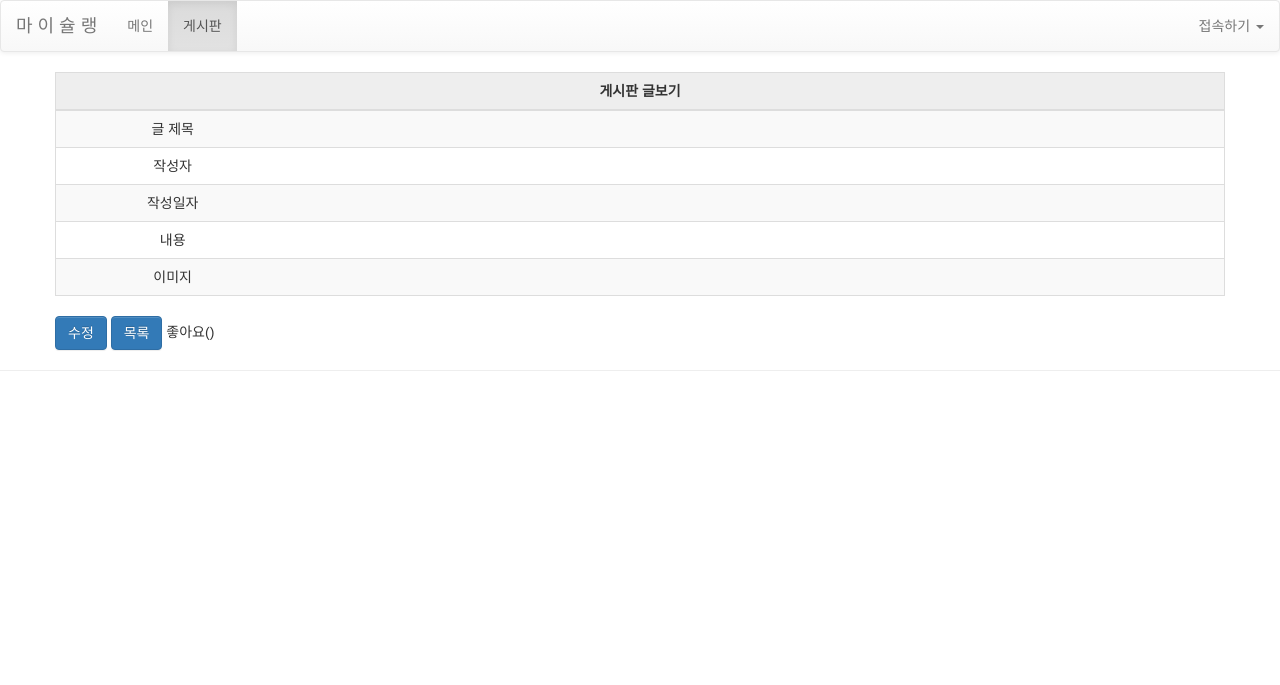
Repository: serendipity63/mychelin
Page: http://localhost/board/WEB-INF/views/detailform.jsp
An editor plug-in stored every save of this project. The page is shown before and after the next save, followed by the edit.
The browser window is 1280 px wide. The pictures show the whole page.
Some web libraries are served in a nearby version. The page is served by Tomcat 9. Nobody is signed in. Other server files are loaded and not shown. The template is opened directly, without the code that normally fills it, so the values that code supplies are empty.

Above is the page before, as saved 2024-01-11 08:29:12.
Console error (its wording comes from the project's code and is left out).

### board/src/main/webapp/WEB-INF/views/detailform.jsp
<%@ page language="java" contentType="text/html; charset=UTF-8"
	pageEncoding="UTF-8"%>
<%@ taglib prefix="c" uri="http://java.sun.com/jsp/jstl/core"%>
<c:set var="contextPath" value="${pageContext.request.contextPath }" />
<!DOCTYPE html>
<html>
<head>
<meta charset="UTF-8">
<meta http-equiv="Content-Type" content="text/html; charset=UTF-8">
<meta name="viewport" content="width=device-width" , initial-scale="1">
<link rel="stylesheet" type="text/css" href="https://maxcdn.bootstrapcdn.com/bootstrap/3.3.7/css/bootstrap.min.css">
<link rel="stylesheet" type="text/css" href="https://maxcdn.bootstrapcdn.com/bootstrap/3.3.7/css/bootstrap-theme.min.css">
<script src="https://maxcdn.bootstrapcdn.com/bootstrap/3.3.7/js/bootstrap.min.js"></script>
<link rel="stylesheet" type="text/css"
	href="${contextPath}/resources/static/css/bootstrap.css">
<script src="https://code.jquery.com/jquery-3.1.1.min.js"></script>
<script src="${contextPath}/resources/static/js/bootstrap.js"></script>
<title>JSP 게시판 사이트</title>

<script type="text/javascript">
	$(function() {
		$('#heart')
				.click(
						function() {
							$
									.ajax({
										url : '${contextPath}/like',
										type : 'post',
										data : {
											'num' : '<c:out value= "${board.num}"/>'
										},
										success : function(res) {
											console.log(res);
											if (res === "true") {
												$("#heart")
														.attr("src",
																"${contextPath}/resources/img/like.png")
												$("#likecount")
														.text(
																+$("#likecount")
																		.text() + 1);
											} else {
												$("#heart")
														.attr("src",
																"${contextPath}/resources/img/unlike.png")
												$("#likecount")
														.text(
																+$("#likecount")
																		.text() - 1);
											}
										},
										error : function(err) {
											console.log(err);
										}
									})
						})
	})
</script>
</head>
<body>
	<nav class="navbar navbar-default">
		<div class="navbar-header">
			<button type="button" class="navbar-toggle collapsed"
				data-toggle="collapse" data-target="#bs-example-navbar-collapse-1"
				aria-expanded="false">
				<span class="icon-bar"></span> <span class="icon-bar"></span> <span
					class="icon-bar"></span>
			</button>
			<a class="navbar-brand" href="${contextPath}/main">마 이 슐 랭</a>
		</div>
		<div class="collapse navbar-collapse"
			id="bs-example-navbar-collapse-1">
			<ul class="nav navbar-nav">
				<li><a href="${contextPath}/main">메인</a></li>
<li class="active"><a href="${contextPath}/boardlist">게시판</a></li>
			</ul>
			<c:choose>

				<c:when test="${user eq Empty}">


					<ul class="nav navbar-nav navbar-right">
						<li class="dropdown"><a href="#" class="dropdown-toggle"
							data-toggle="dropdown" role="button" aria-haspopup="true"
							aria-expanded="false">접속하기 <span class="caret"></span>
						</a>
							<ul class="dropdown-menu">
								<li><a href="login">로그인</a></li>
								<li><a href="join">회원가입</a></li>
							</ul></li>
					</ul>

				</c:when>
				<c:otherwise>
					<ul class="nav navbar-nav navbar-right">
						<li class="dropdown"><a href="#" class="dropdown-toggle"
							data-toggle="dropdown" role="button" aria-haspopup="true"
							aria-expanded="false">회원관리 <span class="caret"></span>
						</a>
							<ul class="dropdown-menu">
								<li><a href="logout">로그아웃</a></li>
							</ul></li>
					</ul>
				</c:otherwise>
			</c:choose>
		</div>
	</nav>
	<div class="container" id="./writeForm">
		<div class="row">
			<input type="hidden" name="writer" value="${user.id }" />
			<table class="table table-striped"
				style="text-align: center; border: 1px solid #dddddd">
				<thead>
					<tr>
						<th colspan="3"
							style="background-color: #eeeeee; text-align: center">게시판
							글보기</th>
					</tr>
				</thead>
				<tbody>

					<tr>

						<td style="width: 20%;">글 제목</td>
						<td colspan="2" style="text-align: left;">${board.subject }</td>
					</tr>
					<tr>

						<td>작성자</td>
						<td colspan="2" style="text-align: left;">${board.writer }</td>
					</tr>
					<tr>

						<td>작성일자</td>
						<td colspan="2" style="text-align: left;">${board.writedate }</td>
					</tr>
					<tr>
						<td>내용</td>
						<td colspan="2" style="min-height: 200px; text-align: left;">${board.content }
						</td>
					</tr>
					<tr>
						<td>이미지</td>
						<td colspan="2" style="min-height: 200px; text-align: left;"><c:choose>
								<c:when test="${board.fileurl ne null}">
									<img src="${contextPath }/image/${board.fileurl}" width="100px"
										height="100px" />
								</c:when>

							</c:choose></td>

					</tr>
				</tbody>
			</table>
			<c:if test="${user.id eq board.writer }">
				<a href="${contextPath }/boardmodify/${board.num}/${page}"
					class="btn btn-primary">수정</a>
			</c:if>
			<a href="${contextPath }/boardlist?page=${page}"
				class="btn btn-primary">목록</a> 좋아요(<span id="likecount">${board.likecount }</span>)&nbsp;&nbsp;
			<c:if test="${user ne Empty }">
				<c:choose>
					<c:when test="${select==true }">
 						<img id="heart" src="${contextPath }/resources/img/like.png"
							width="20px" height="20px" />


					</c:when>
					<c:otherwise>
						<img id="heart" src="${contextPath }/resources/img/unlike.png"
							width="20px" height="20px" />
					</c:otherwise>
				</c:choose>
			</c:if>

		</div>

	</div>
<!-- 댓글 시작 -->
<hr/>


</body>
</html>

Loaded but not shown: board/src/main/webapp/resources/static/css/bootstrap.css (library); board/src/main/webapp/resources/static/js/bootstrap.js (library)

After the next save:
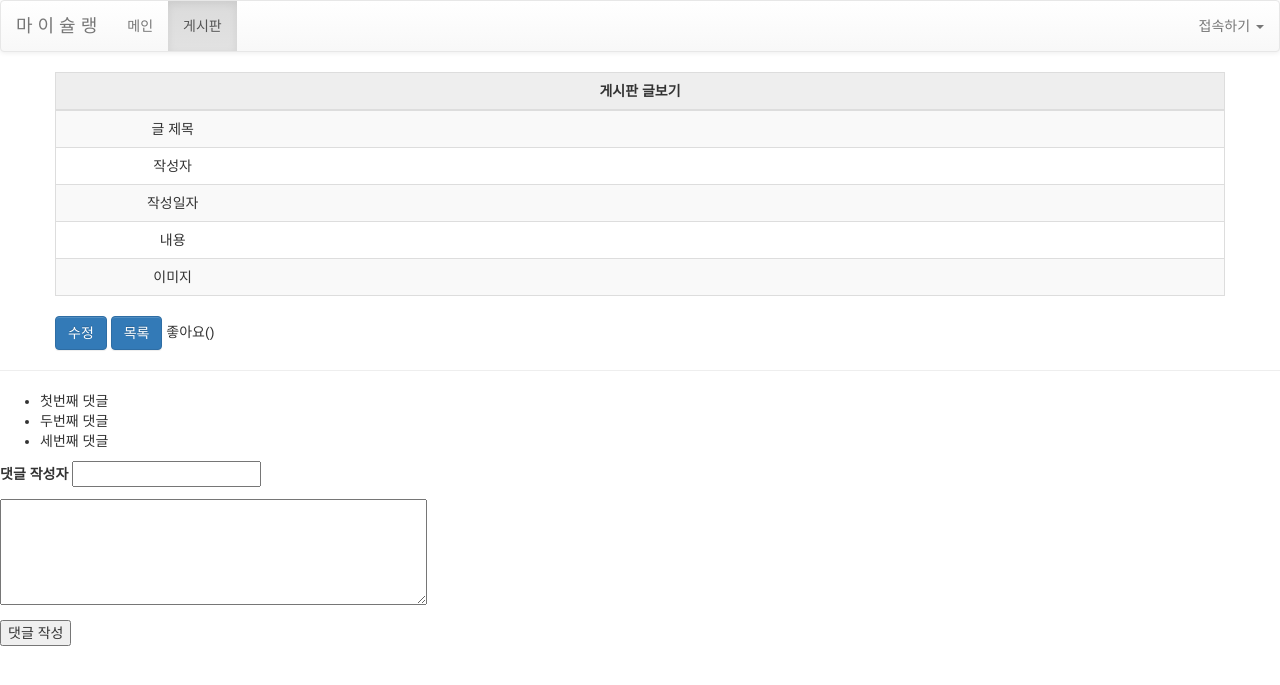
Saved 41 s later.
--- a/board/src/main/webapp/WEB-INF/views/detailform.jsp
+++ b/board/src/main/webapp/WEB-INF/views/detailform.jsp
@@ -179,6 +179,24 @@
 <!-- 댓글 시작 -->
 <hr/>
 
+<ul>
+	<li>첫번째 댓글</li>
+	<li>두번째 댓글</li>
+	<li>세번째 댓글</li>
+</ul>
+
+<div>
+	<p>
+		<label>댓글 작성자</label> <input type="text">
+	</p>
+	<p>
+		<textarea rows="5" cols="50"></textarea>
+	</p>
+	<p>
+		<button type="button">댓글 작성</button>
+	</p>
+</div>
+
 
 </body>
 </html>
